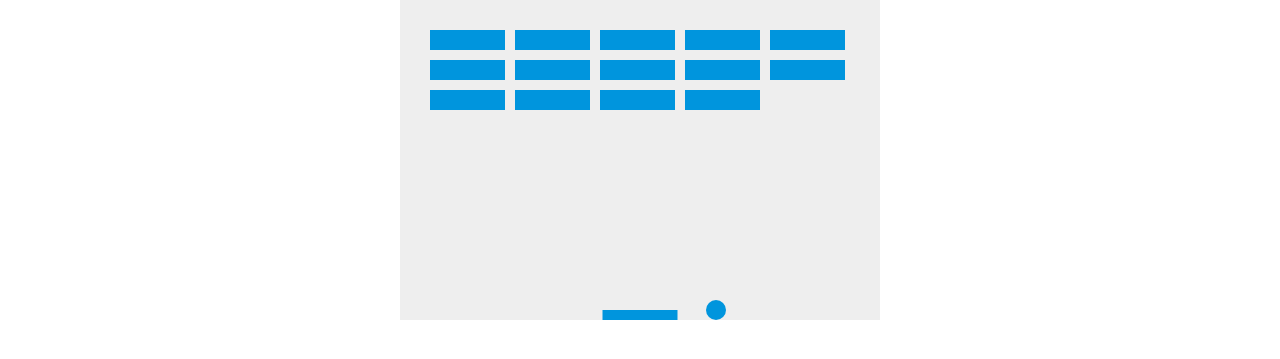
Repository: hara-PG/javascript_operation
Page: block_game/index.html
An editor plug-in stored every save of this project. The page is shown before and after the next save, followed by the edit.
The browser window is 1280 px wide. The pictures show the whole page.

Above is the page before, as saved 2022-06-28 20:34:36.

After the next save:
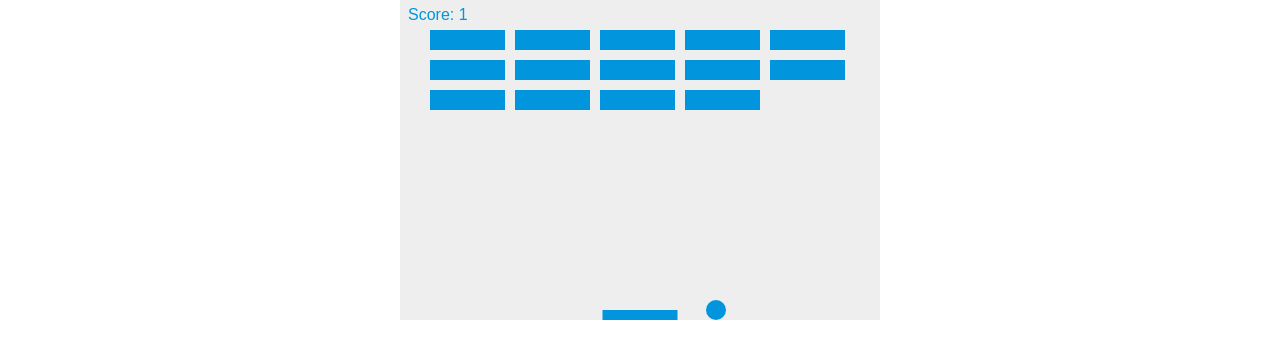
Saved 51 s later.
--- a/block_game/game.js
+++ b/block_game/game.js
@@ -118,6 +118,7 @@ function draw() {
   drawBall(); // drawBall関数を出力
   drawPaddle(); // drawPaddle関数を出力
   drawBricks(); // drawBricks関数を出力
+  drawScore();
 
   if (x + dx > canvas.width - ballRadius || x + dx < ballRadius) {
     dx = -dx; // ボールが壁に当たると(X軸)反転させるため！ X軸を＋値・ー値に反転させている
